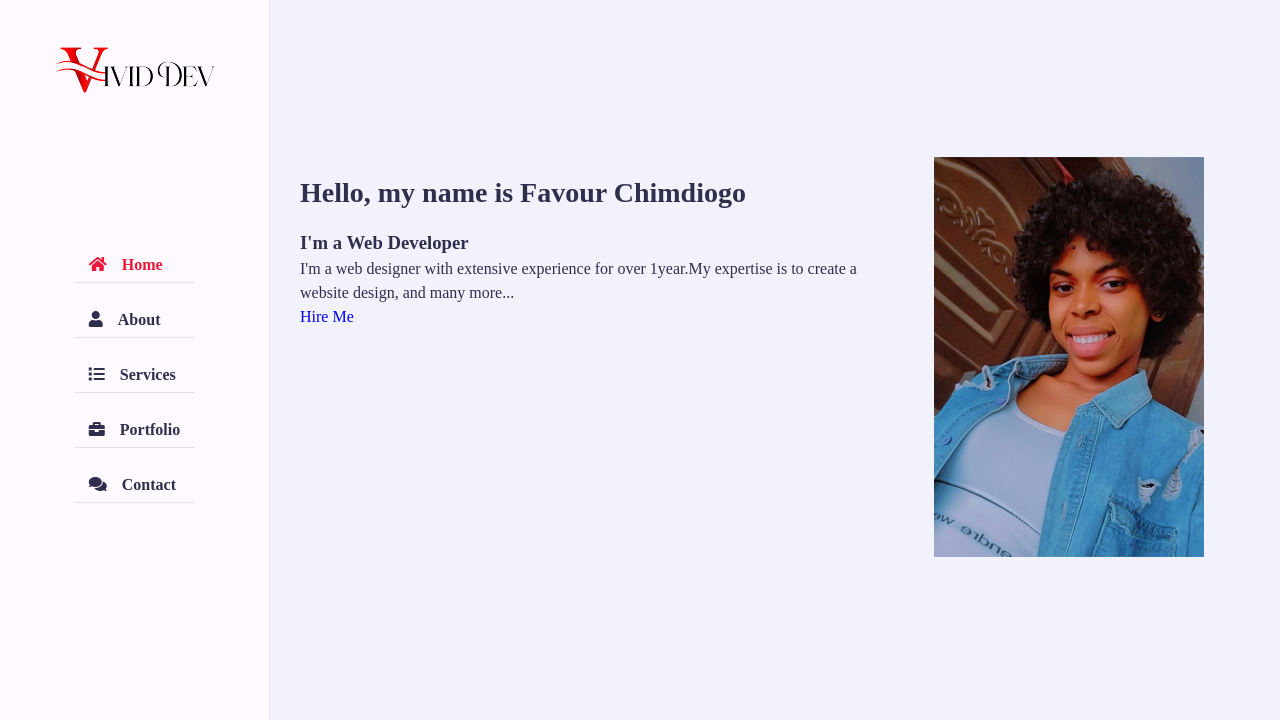
Repository: Big-Fave1/vivid-dev-portfolio
Page: build/index.html
An editor plug-in stored every save of this project. The page is shown before and after the next save, followed by the edit.
The browser window is 1280 px wide. The pictures show the whole page.
Some web fonts or font styles are not loaded; a fallback is used.

Above is the page before, as saved 2025-05-30 12:07:08.

After the next save:
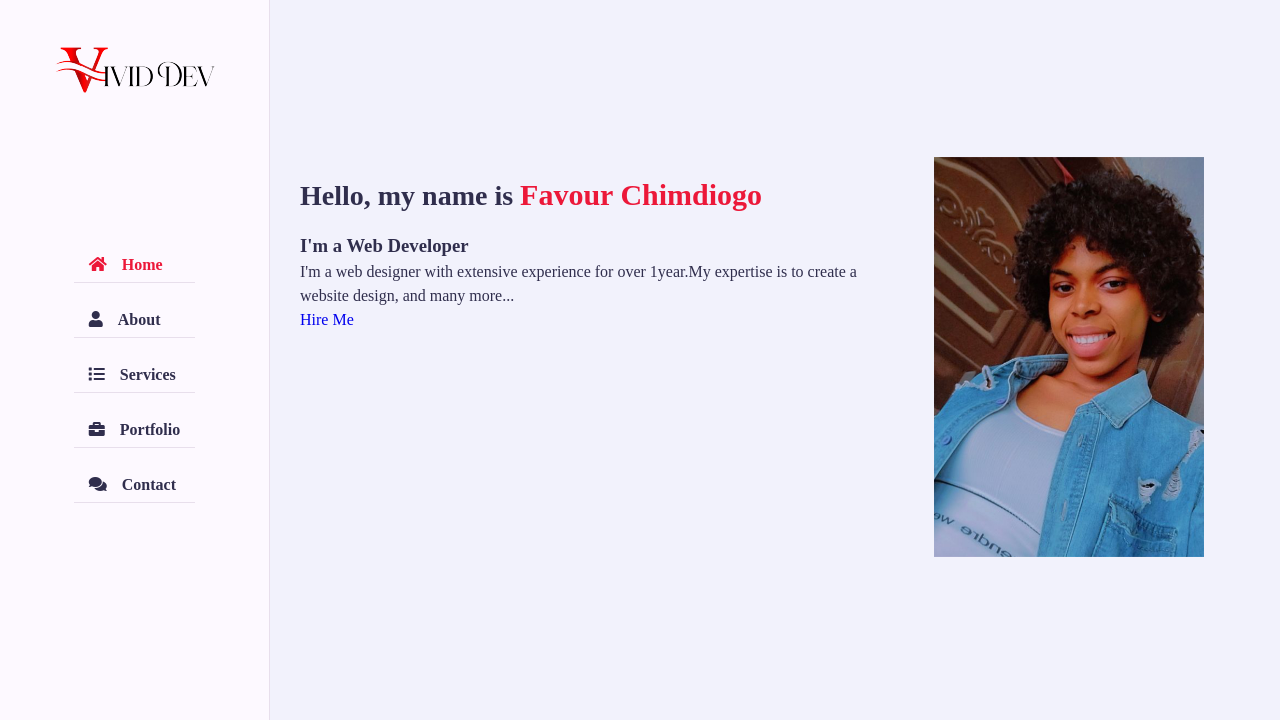
Saved 2 min 7 s later.
--- a/build/css/style.css
+++ b/build/css/style.css
@@ -186,7 +186,10 @@ h3.hello
 }
 h3.hello span
 {
-    font-family: ;
+    font-family: 'clicker script', cursive;
+    font-size: 30px;
+    font-weight: 700;
+    color:var(--skin-color);
 }
 .home .home-img
 {
